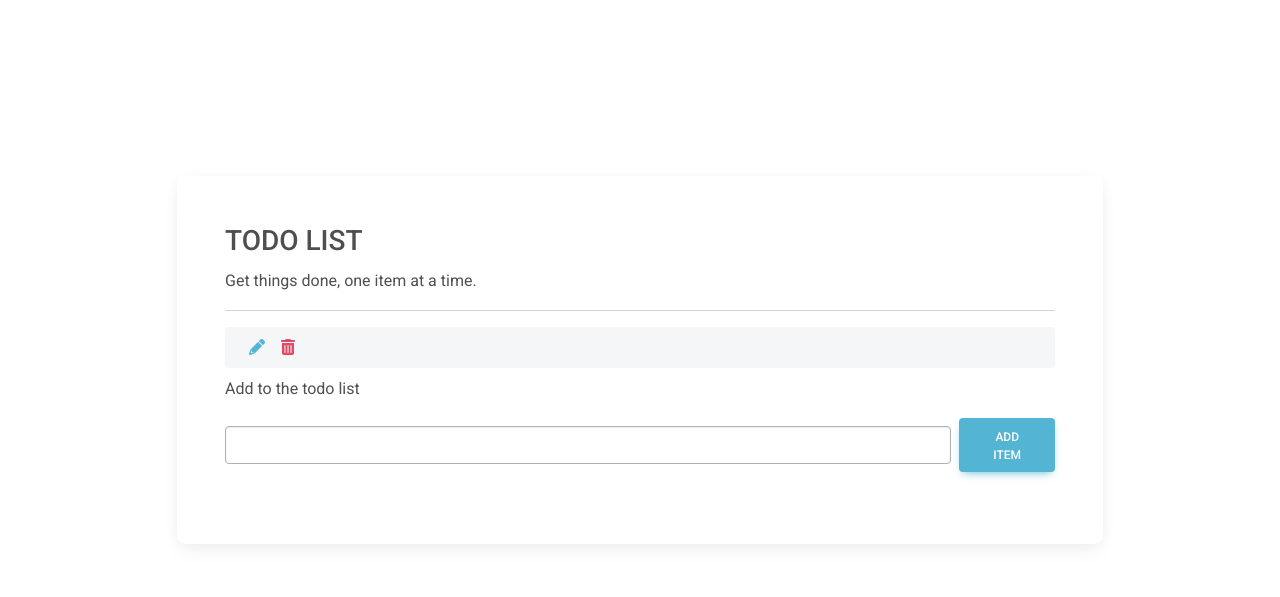
Repository: TinhTT336/MD02_HACKATHON01_HN_JV230620_BS_TranThiTinh_Basic
Page: /
An editor plug-in stored every save of this project. The page is shown before and after the next save, followed by the edit.
The browser window is 1280 px wide. The pictures show the whole page.
Some web libraries are served in a nearby version. The project was rebuilt for these pictures with package versions that can differ from the ones it lists, and the page was loaded fresh each time. Also part of the build but not shown: vite.config.js, src/App.css, src/index.css.

Above is the page before, as saved 2023-09-05 10:35:42.

### index.html
<!DOCTYPE html>
<html lang="en">
  <head>
    <meta charset="UTF-8" />
    <link rel="icon" type="image/svg+xml" href="/vite.svg" />
    <meta name="viewport" content="width=device-width, initial-scale=1.0" />
    <title>Vite + React</title>
    <link
      href="https://cdnjs.cloudflare.com/ajax/libs/font-awesome/6.0.0/css/all.min.css"
      rel="stylesheet"
    />
    <link
      href="https://fonts.googleapis.com/css?family=Roboto:300,400,500,700&display=swap"
      rel="stylesheet"
    />
    <link
      href="https://cdnjs.cloudflare.com/ajax/libs/mdb-ui-kit/6.2.0/mdb.min.css"
      rel="stylesheet"
    />
  </head>
  <body>
    <div id="root"></div>
    <script type="module" src="/src/main.jsx"></script>
  </body>
</html>

### src/App.jsx
import { useState } from 'react'
import './App.css'
import TodoList from './TodoList/todoList'

function App() {
  const [count, setCount] = useState(0)

  return (
    <>
      <TodoList />
    </>
  )
}

export default App

### src/TodoList/todoList.jsx
import React, { useState } from 'react'

export default function TodoList() {
    const [input, setInput] = useState("");
    const [todos, setTodos] = useState(() => {
        const list = JSON.parse(localStorage.getItem("todos")) || [];
        return list;
    });
    // ham them submit
    const handleSubmit = (e) => {
        e.preventDefault();
        const newTodo = {
            id: Date.now(),
            title: input,
            status: false,
        }
        const newList = [...todos, newTodo];
        setTodos(newList);
        localStorage.setItem("todos", JSON.stringify(newList));
        setInput("");
    }
    return (
        <div>
            <section className="vh-100 gradient-custom">
                <div className="container py-5 h-100">
                    <div
                        className="row d-flex justify-content-center align-items-center
              h-100"
                    >
                        <div className="col col-xl-10">
                            <div className="card">
                                <div className="card-body p-5">
                                    <h3 style={{ marginBottom: 10 }}>
                                        TODO LIST
                                    </h3>
                                    <p>Get things done, one item at a time.</p>
                                    <hr></hr>
                                    {/* Tabs content */}
                                    <div className="tab-content">
                                        <div className="tab-pane fade show active">
                                            <ul className="list-group mb-0">
                                                <li
                                                    className="list-group-item d-flex
                                          align-items-center border-0 mb-2
                                          rounded justify-content-between"
                                                    style={{ backgroundColor: "#f4f6f7" }}
                                                >

                                                    <div>
                                                        <a className="text-info" title="Sửa công việc">
                                                            <i
                                                                className="fas
                                                      fa-pencil-alt
                                                      me-3"
                                                            />
                                                        </a>
                                                        <a
                                                            href="#!"
                                                            className="text-danger"
                                                            title="Xóa công việc"
                                                        >
                                                            <i
                                                                className="fas
                                                      fa-trash-alt"
                                                            />
                                                        </a>
                                                    </div>
                                                </li>
                                            </ul>
                                            <div className="tab-content">
                                                <p>Add to the todo list</p>
                                                <form onSubmit={handleSubmit}
                                                    className="d-flex justify-content-center
                              align-items-center mb-4"
                                                >
                                                    <div className="form-outline flex-fill">
                                                        <input type="text" id="form2" className="form-control" style={{ border: "1px solid #afafaf" }} value={input} onChange={(e) => setInput(e.target.value)} />
                                                        {/* <label className="form-label" htmlFor="form2">
                                                            ADD ITEM
                                                        </label> */}
                                                    </div>
                                                    <button
                                                        type="submit"
                                                        className="btn btn-info
                                  ms-2"
                                                    >
                                                        ADD ITEM
                                                    </button>
                                                </form>
                                            </div>
                                        </div>
                                    </div>
                                    {/* Tabs content */}
                                </div>
                            </div>
                        </div>
                    </div>
                </div>
            </section >

        </div >
    )
}

Loaded but not shown: src/main.jsx (common file)

After the next save:
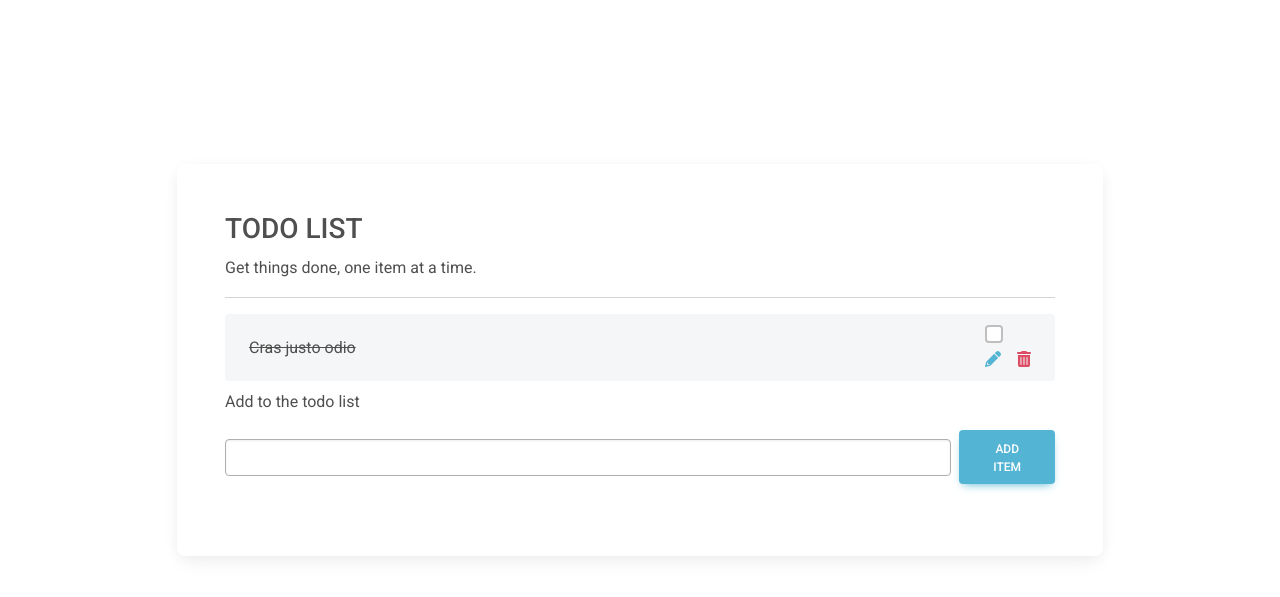
Saved 34 s later.
--- a/src/TodoList/todoList.jsx
+++ b/src/TodoList/todoList.jsx
@@ -46,7 +46,15 @@ export default function TodoList() {
                                                     style={{ backgroundColor: "#f4f6f7" }}
                                                 >
 
+                                                    <s>Cras justo odio</s>
                                                     <div>
+                                                        <div>
+                                                            <input
+                                                                className="form-check-input
+                                                  me-2"
+                                                                type="checkbox"
+                                                            />
+                                                        </div>
                                                         <a className="text-info" title="Sửa công việc">
                                                             <i
                                                                 className="fas
